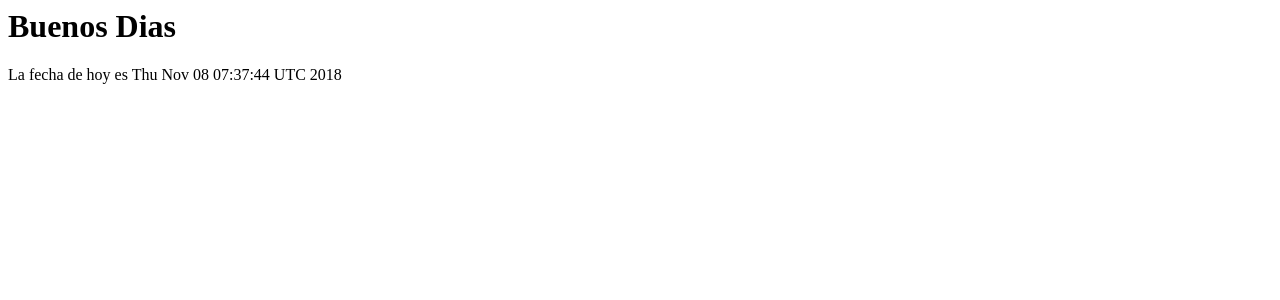
Repository: rengifolu/Blog
Page: http://localhost/PrimerosPasosJSP/saludo.jsp
These files come from the project's save history. The page is drawn as it stood at one moment and after the next save; the edit follows.
The browser window is 1280 px wide. The pictures show the whole page.
The page is served by Tomcat 9.

Above is the page before, as saved 2018-11-08 07:45:02.

After the next save:
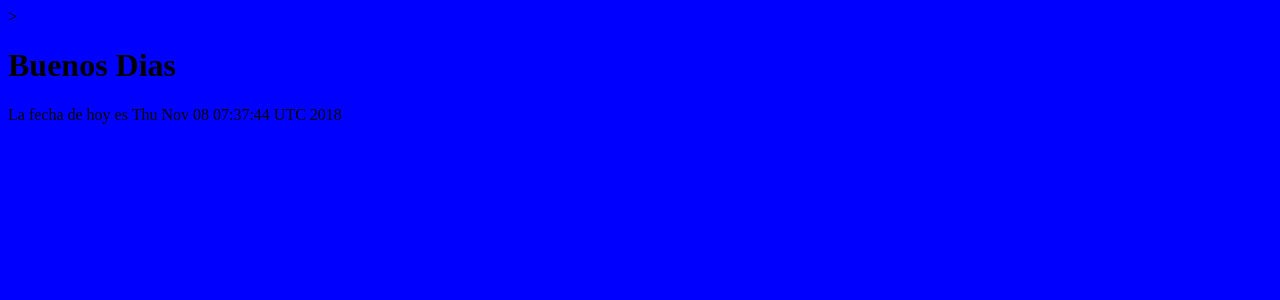
Saved 3 min 33 s later.
--- a/PrimerosPasosJSP/WebContent/saludo.jsp
+++ b/PrimerosPasosJSP/WebContent/saludo.jsp
@@ -1,7 +1,7 @@
 <%@page import="java.util.Date"%>
 <html>
 
-<body>
+<body style="background:blue">>
   <h1>
       Buenos Dias
   </h1>
